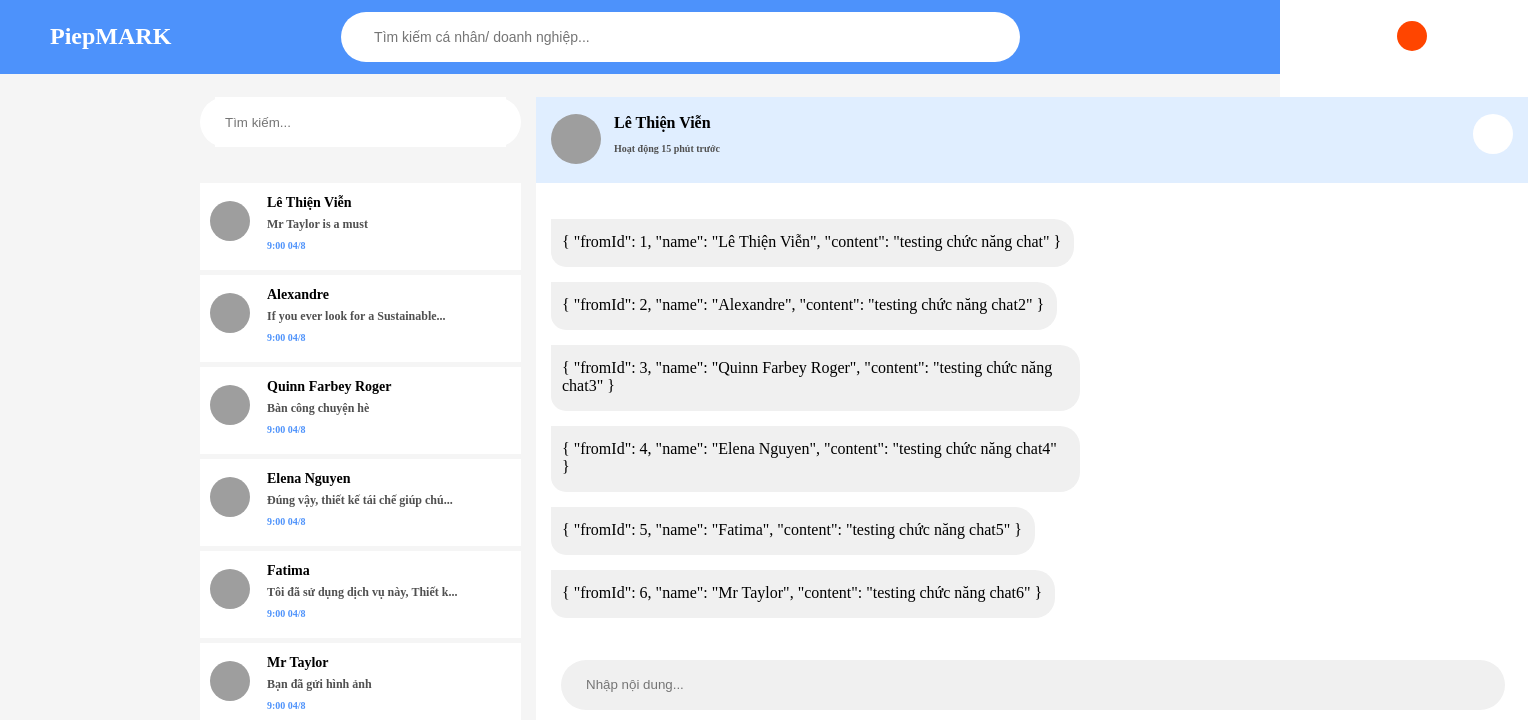
Repository: Jackietruong2805/th-c-t-p
Page: /chatbox/1 (app in vue-laravel-boilerplate/)
The author's editor kept a copy of each file at every save. The page is drawn from the files as they stood at one save, then again after the next save.
The browser window is 1280 px wide. The page is 1528 px wide, so the pictures cover 1528 px, including what lies to the right of the window. The pictures show the whole page.
Pictures or frames that could not be fetched are drawn as grey boxes. The project was rebuilt for these pictures with package versions that can differ from the ones it lists, and the page was loaded fresh each time. Also part of the build but not shown: vue-laravel-boilerplate/vite.config.ts, vue-laravel-boilerplate/src/components/DemoComponent.vue.

Above is the page before, as saved 2022-08-26 16:45:26.

### vue-laravel-boilerplate/src/main.ts
import { createApp } from 'vue';
import { createPinia } from 'pinia';

import App from './App.vue';
import router from './router';

const app = createApp(App);

app.use(createPinia());
app.use(router);
app.mount('#app');

### vue-laravel-boilerplate/src/components/ChatBox.vue

<template>
  <div class="chat__top">
    <div class="chat__status">
      <img class="chat__image" :src="image" alt="" />
      <div class="status-wrapper">
        <h2 class="chat__name">{{ name }}</h2>
        <p class="Hot-ng-15-pht-tr">Hoạt động 15 phút trước</p>
      </div>
    </div>
    <div class="chat__Ellipse-21" @click="handleCloseChatBox">
      <button class="button">
        <i class="fa fa-angle-left"></i>
      </button>
    </div>
  </div>
  <div class="chat__content">
    <div class="message-wrapper">
      <ChatMessage
        :message="msg"
        v-for="msg in messageStore"
        :key="msg.fromId"
      ></ChatMessage>
    </div>
  </div>
  <div class="chat__bottom">
    <div class="chat__message">
      <form class="chat__input" @submit.prevent>
        <input
          placeholder="Nhập nội dung..."
          class="message"
          type="text"
          v-model="message"
          ref="inputMessage"
          @keyup.enter="addMessage"
        />
        <div class="chat__icon">
          <button class="button">
            <i class="fa fa-image"></i>
          </button>
          <button class="button">
            <i class="fa fa-grin-alt"></i>
          </button>
          <button
            type="submit"
            class="button sending"
            :disabled="!message"
            @click="addMessage"
          >
            <i class="fa fa-paper-plane" :class="{ 'is-active': message }"></i>
          </button>
        </div>
      </form>
    </div>
  </div>
</template>

<script lang="ts" setup>
/*
  import
*/
import { ref, onMounted } from 'vue';

import { useRoute, useRouter } from 'vue-router';
import ChatMessage from './ChatMessage.vue';

/*
  router
*/

const router = useRouter();

/*
  stores
*/
import { useMemberStore } from '../stores/storemembers';
import { useMessageStore } from '../stores/storemessage';
let image = '';
let name = '';
const route = useRoute();
const memberStore = useMemberStore().members;
let messageStore = useMessageStore().messages;
console.log(messageStore);
memberStore.forEach((member) => {
  if (member.id == parseInt(route.params.id)) {
    image = member.image;
    name = member.name;
  }
});

let messageUser = messageStore.map((user) => {
  return user.fromId == route.params.id;
});
/*

  message

*/
let messageSending = '';
let message = ref('');
console.log(message);
let messageAvailable = ref<boolean>(false);

function addMessage() {
  messageSending = message.value;
  let member = {
    fromId: route.params.id,
    name,
    content: messageSending,
  };
  messageStore.push(member);
  messageAvailable.value = true;
  message.value = '';
  inputMessage.value?.focus();
}

const inputMessage = ref<HTMLInputElement | null>(null);

onMounted(() => {
  inputMessage.value?.focus();
});

/*

  Close ChatBox

*/

function handleCloseChatBox() {
  router.push({ path: '/' });
}
</script>

### vue-laravel-boilerplate/src/components/ChatItem.vue
<script lang="ts" setup>
/*
  import
*/

const props = defineProps({
  memberInfo: {
    type: Object,
    required: true,
  },
});
</script>

<template>
  <router-link :to="`/chatbox/${memberInfo.id}`">
    <div class="Rectangle-238">
      <div class="cardmem__ava">
        <img :src="memberInfo.image" alt="ava-1" class="cardmem__img" />
      </div>
      <div class="cardmem__info">
        <h2 class="cardmem__name">{{ memberInfo.name }}</h2>
        <p class="cardmem__text">{{ memberInfo.chatText }}</p>
        <p class="cardmem__date">{{ memberInfo.date }}</p>
      </div>
    </div>
  </router-link>
</template>

### vue-laravel-boilerplate/src/components/ChatList.vue


<script lang="ts" setup>
/*
    import
*/
// import ChatItem from './ChatItem.vue';
import { useMemberStore } from '../stores/storemembers';

/*
  stores

*/

const memberStore = useMemberStore();

const memberList = memberStore.members;
</script>

<template>
  <ChatItem
    v-for="member in memberList"
    :memberInfo="member"
    :key="member.id"
  ></ChatItem>
</template>

### vue-laravel-boilerplate/src/components/ChatMessage.vue
<template>
  <div class="message-content2">{{ message }}</div>
</template>

<script setup lang="ts">
/*
    import
*/
import { useRoute } from 'vue-router';
import { defineProps } from 'vue';

/*
  Route
*/

const route = useRoute();

/*
    Props
*/

const props = defineProps({
  message: {
    type: Object,
  },
});

console.log(route.params.id);
console.log(props.message.fromId);

if (props.message.fromId == route.params.id) {
  let message = props.message.content;
  console.log(message);
}
</script>

### vue-laravel-boilerplate/src/components/TheChat.vue
<template>
  <div class="chat__container">
    <div class="chat__left">
      <div class="chat__search">
        <i class="fa fa-search"></i>
        <input type="text" placeholder="Tìm kiếm..." />
      </div>
      <div class="chat__list">
        <chat-list></chat-list>
      </div>
    </div>
    <div class="chat__right" :data-key="$route.path">
      <router-view :key="$route.path"></router-view>
    </div>
  </div>
</template>

<script lang="ts">
/*
    import
*/
// import ChatList from './ChatList.vue';
</script>

### vue-laravel-boilerplate/src/components/TheHeader.vue
<template>
  <main class="header">
    <div class="header__left">
      <div class="header__logo">PiepMARK</div>
      <form class="header__form">
        <i class="fa fa-search"></i>
        <input
          type="text"
          class="header__search"
          placeholder="Tìm kiếm cá nhân/ doanh nghiệp..."
        />
      </form>
    </div>
    <div class="header__right">
      <div class="Ellipse-34"></div>
    </div>
  </main>
</template>

### vue-laravel-boilerplate/src/App.vue
<template>
  <header>
    <the-header></the-header>
  </header>
  <section class="chat">
    <the-chat></the-chat>
  </section>
</template>

<script lang="ts" src="./App.vue.ts">
// import
import TheHeader from './components/TheHeader.vue';
import TheChat from './components/TheChat.vue';
</script>

<style lang="scss" >
@import 'styles';
.chat {
  background-color: $bg-gray-1;
  padding: 23px 200px 0 200px;
  flex-grow: 1;
  height: calc(100vh - 74px);
}
</style>

### vue-laravel-boilerplate/src/router/index.ts
import { HOME_ROUTE } from '@/views/home/HomeView.route';
import { createRouter, createWebHistory } from 'vue-router';
import {useMemberStore} from "../stores/storemembers";
import ChatBox from "../components/ChatBox.vue"




const routes = [
  {
    path: "/chatbox/:id",
    name: "member",
    component: ChatBox,
  }
]

const router = createRouter({
  history: createWebHistory(),
  routes,
});

export default router;

### vue-laravel-boilerplate/src/stores/storemembers.ts
import { defineStore } from 'pinia'


interface User {
  name: string;
  status: boolean;
  chatText: string;
  date: string;
  image: string;
}

type memberChat = User;



export const useMemberStore = defineStore({
  id: 'members',
  state: () => {
    return {
      members: [
        {
          id: 1,
          name: 'Lê Thiện Viễn',
          status: false,
          chatText: 'Mr Taylor is a must',
          date: '9:00 04/8',
          image:
            'https://images.unsplash.com/photo-1570295999919-56ceb5ecca61?ixlib=rb-1.2.1&ixid=MnwxMjA3fDB8MHxwaG90by1wYWdlfHx8fGVufDB8fHx8&auto=format&fit=crop&w=880&q=80',
        },
        {
          id: 2,
          name: 'Alexandre',
          status: true,
          chatText: 'If you ever look for a Sustainable...',
          date: '9:00 04/8',
          image:
            'https://images.unsplash.com/photo-1583900985737-6d0495555783?ixlib=rb-1.2.1&ixid=MnwxMjA3fDB8MHxwaG90by1wYWdlfHx8fGVufDB8fHx8&auto=format&fit=crop&w=464&q=80',
        },
        {
          id:  3,
          name: 'Quinn Farbey Roger',
          status: false,
          chatText: 'Bàn công chuyện hè',
          date: '9:00 04/8',
          image:
            'https://images.unsplash.com/photo-1582639590011-f5a8416d1101?ixlib=rb-1.2.1&ixid=MnwxMjA3fDB8MHxwaG90by1wYWdlfHx8fGVufDB8fHx8&auto=format&fit=crop&w=449&q=80',
        },
        {
          id: 4,
          name: 'Elena Nguyen',
          status: true,
          chatText: 'Đúng vậy, thiết kế tái chế giúp chú...',
          date: '9:00 04/8',
          image:
            'https://images.unsplash.com/photo-1575186083127-03641b958f61?ixlib=rb-1.2.1&ixid=MnwxMjA3fDB8MHxzZWFyY2h8MTN8fGhvdCUyMGJpa2luaXxlbnwwfHwwfHw%3D&auto=format&fit=crop&w=500&q=60',
        },
        {
          id: 5,
          name: 'Fatima',
          status: false,
          chatText: 'Tôi đã sử dụng dịch vụ này, Thiết k...',
          date: '9:00 04/8',
          image:
            'https://sohanews.sohacdn.com/160588918557773824/2021/4/28/photo-9-1619575510785681886686.jpg',
        },
        {
          id: 6,
          name: 'Mr Taylor',
          status: false,
          chatText: 'Bạn đã gửi hình ảnh',
          date: '9:00 04/8',
          image:
            'https://kenh14cdn.com/2019/10/19/7269872413639461504308173511299650480050194n-15714426244161741222544.jpg',
        },
      ]
    }
  },
  getters: {
  },
  actions: {

  }
})

### vue-laravel-boilerplate/src/stores/storemessage.ts
import { defineStore } from 'pinia'



export const useMessageStore = defineStore({
  id: 'messages',
  state: () => {
    return {
      messages: [
        {
          fromId: 1,
          name: 'Lê Thiện Viễn',
          content: "testing chức năng chat",
        },
        {
          fromId: 2,
          name: 'Alexandre',
          content: "testing chức năng chat2",
        },
        {
          fromId:  3,
          name: 'Quinn Farbey Roger',
          content: "testing chức năng chat3",
        },
        {
          fromId: 4,
          name: 'Elena Nguyen',
          content: "testing chức năng chat4",
        },
        {
          fromId: 5,
          name: 'Fatima',
          content: "testing chức năng chat5",
        },
        {
          fromId: 6,
          name: 'Mr Taylor',
          content: "testing chức năng chat6",
        },
      ]
    }
  },
  getters: {
  },
  actions: {

  }
})

### vue-laravel-boilerplate/src/styles/_index.scss
// Helpers
@import "./Helpers/variables";
@import "./Helpers/mixin";
@import "./Helpers/extend";
// Base
@import "./Base/reset";

// Layouts
@import "./Layouts/header";
@import "./Layouts/chat";

// Components
@import "./Components/cardmem";

### vue-laravel-boilerplate/src/styles/Helpers/_variables.scss
// color
$color-white-0: #ffffff;
$color-black-0: #000000;
$color-black-1: #505050;
$color-blue-1: #aaccff;
$color-blue-2: #4d92fb;
$color-gray-0: #a9a9a9;
$color-gray-1: #808080;
$color-gray-2: #dcdcdc;

// background
$bg-blue-0: #4d92fb;
$bg-blue-1: #e0eeff;
$bg-white-0: #ffffff;
$bg-green-0: #38c55c;
$bg-gray-0: #f0f0f0;
$bg-gray-1: #f5f5f5;
$bg-red-0: #ff4500;

// fs
$fs-0: 14px;
$fs-1: 12px;
$fs-2: 10px;
// fw
$fw-0: bold;

// margin
$mg-0: 9px;
$mg-1: 6px;
$mg-2: 17px;
$mg-3: 86px;

### vue-laravel-boilerplate/src/styles/Helpers/_mixin.scss
@mixin styleText($color, $fs, $fw) {
    color: $color;
    font-size: $fs;
    font-weight: $fw;
}

@mixin styleAva($size) {
    width: $size;
    height: $size;
    border-radius: 50%;
    object-fit: cover;
}

@mixin borderCircle($size, $bgColor) {
    width: $size;
    height: $size;
    border-radius: 50%;
    background-color: $bgColor;
}

### vue-laravel-boilerplate/src/styles/Helpers/_extend.scss
%flexCenter {
    display: flex;
    justify-content: center;
    align-items: center;
}

### vue-laravel-boilerplate/src/styles/Base/_reset.scss
* {
    padding: 0;
    margin: 0;
    box-sizing: border-box;
}

html,
body {
    height: 100vh;
}

### vue-laravel-boilerplate/src/styles/Layouts/_header.scss
.header {
    height: 74px;
    display: flex;
    align-items: center;
    justify-content: space-between;
    padding: 9px 50px 11px;
    background-color: $bg-blue-0;

    .header__left {
        display: flex;
        align-items: center;
        justify-content: center;
        .header__logo {
            color: $color-white-0;
            font-family: "Dancing Script", cursive;
            font-size: 24px;
            font-weight: bold;
        }
        .header__form {
            width: 679px;
            height: 50px;
            margin: 3px 377px 1px 169.8px;
            padding: 10px 0px 10px 23px;
            border-radius: 100px;
            background-color: $bg-white-0;
            display: flex;
            align-items: center;
            i {
                font-size: 30px;
                flex-grow: 0;
            }
            .header__search {
                border: 0;
                flex: 1;
                margin-left: 10px;
                background-color: transparent;
                height: 50px;
                &:focus {
                    outline: 0;
                }
                &[placeholder] {
                    font-size: 14px;
                    color: $color-gray-0;
                }
            }
        }
    }
    .header__right {
        display: flex;
        .Ellipse-34 {
            width: 30px;
            height: 30px;
            padding: 5.3px 6.3px 7.3px;
            justify-self: end;
            background-color: $bg-red-0;
            width: 30px;
            height: 30px;
            border-radius: 50%;
        }
    }
}

### vue-laravel-boilerplate/src/styles/Layouts/_chat.scss
.chat__container {
    display: flex;
    height: 100%;
    .chat__left {
        flex-grow: 0;
        height: 100%;
        display: flex;
        flex-direction: column;
        .chat__search {
            height: 50px;
            border-radius: 100px;
            background-color: $color-white-0;
            padding: 15px;
            display: flex;
            align-items: center;
            margin-bottom: $mg-2 + 1;
            flex-grow: 0;
            position: fixed;
            z-index: 10;
            width: 321px;
            & i {
                color: $color-gray-0;
                font-size: 25px;
            }
            input {
                height: 50px;
                border: 0;
                flex-grow: 1;
                padding: 0 0 0 10px;
                &:focus {
                    outline: none;
                }
                &[placeholder] {
                    color: $color-gray-0;
                }
            }
        }
        .chat__list {
            margin-top: $mg-3;
            flex: 1;
            overflow: auto;
            max-width: 321px;
            overflow-y: auto;
            overflow-x: hidden;
            & > * {
                text-decoration: none;
            }
        }
    }
    .chat__right {
        flex: 1;
        display: flex;
        flex-direction: column;
        padding-left: 15px;
        .chat__top {
            display: flex;
            height: 86px;
            padding: 17px 15px 19px;
            justify-content: space-between;
            background-color: $bg-blue-1;
            flex-grow: 0;
            .chat__status {
                display: flex;
                flex-grow: 0;
                .chat__image {
                    @include styleAva(50px);
                }
                .status-wrapper {
                    padding-left: 13px;
                    .chat__name {
                        @include styleText($color-black-0, $fs-0 + 2, $fw-0);
                        margin-bottom: $mg-0 + 2;
                    }
                    .Hot-ng-15-pht-tr {
                        @include styleText($color-black-1, $fs-2, $fw-0);
                    }
                }
            }
            .chat__Ellipse-21 {
                @extend %flexCenter;
                color: $color-blue-2;
                @include borderCircle(40px, $bg-white-0);
                cursor: pointer;
                .button {
                    border: 0;
                    background-color: transparent;
                }
            }
        }
        .chat__content {
            padding: 17px 15px 17px 15px;
            background-color: $bg-white-0;
            flex: 1;
            overflow-y: auto;
            overflow-x: hidden;
            display: flex;
            flex-direction: column-reverse;
            .message-content {
                background-color: $bg-blue-0;
                max-width: 529px;
                width: fit-content;
                border-radius: 20px 15px 0px 20px;
                padding: 14px 13px 16px 11px;
                margin-left: auto;
                word-break: break-word;
                color: $color-white-0;
                margin-bottom: 15px;
            }
            .message-content2 {
                background-color: $bg-gray-0;
                max-width: 529px;
                width: fit-content;
                border-radius: 0 20px 20px 15px;
                padding: 14px 13px 16px 11px;
                margin-right: auto;
                word-break: break-word;
                color: $color-black-0;
                margin-bottom: 15px;
            }
        }
        .chat__bottom {
            display: flex;
            flex-direction: column;
            flex-grow: 0;
            .chat__content {
                background-color: $bg-white-0;
                flex-grow: 1;
            }
            .chat__message {
                flex: 0;
                height: 134px;
                width: 992px;
                background-color: $bg-white-0;
                padding: 10px 22.6px 10.4px 25px;
                .chat__input {
                    display: flex;
                    align-items: center;
                    justify-content: space-between;
                    background-color: $bg-gray-0;
                    height: 50px;
                    padding: 10px 22.6px 10.4px 25px;
                    border-radius: 100px;
                    .message {
                        flex: 1;
                        border: none;
                        background-color: transparent;
                        height: 50px;
                        padding-right: 12px;
                        &:focus {
                            outline: 0;
                        }
                    }
                }
                .chat__icon {
                    width: 60px;
                    display: flex;
                    justify-content: space-between;
                    align-items: center;
                    flex-grow: 0;
                    .button {
                        border: 0;
                        color: $color-gray-1;
                    }
                    .sending {
                        color: #dcdcdc;
                    }
                    .is-active {
                        color: $bg-blue-0;
                    }
                }
            }
        }
    }
}

### vue-laravel-boilerplate/src/styles/Components/_cardmem.scss
.Rectangle-238 {
    width: 321px;
    height: 87px;
    display: flex;
    align-items: center;
    background-color: $bg-white-0;
    padding: 9px 27px 17px 10px;
    margin-bottom: $mg-1 - 1;
    .cardmem__ava {
        align-self: flex-start;
        margin-top: $mg-0;
        .cardmem__img {
            @include styleAva(40px);
            flex-grow: 0;
        }
    }
    .cardmem__info {
        flex: 1;
        margin-left: $mg-2;
        .cardmem__name {
            @include styleText($color-black-0, $fs-0, $fw-0);
            margin-bottom: $mg-1;
        }
        .cardmem__text {
            @include styleText($color-black-1, $fs-1, $fw-0);
            margin-bottom: $mg-1 + 2;
        }
        .cardmem__date {
            @include styleText($color-blue-2, $fs-2, $fw-0);
        }
    }
}

### vue-laravel-boilerplate/src/App.vue.ts
import { defineComponent } from 'vue';
export default defineComponent({});

After the next save:
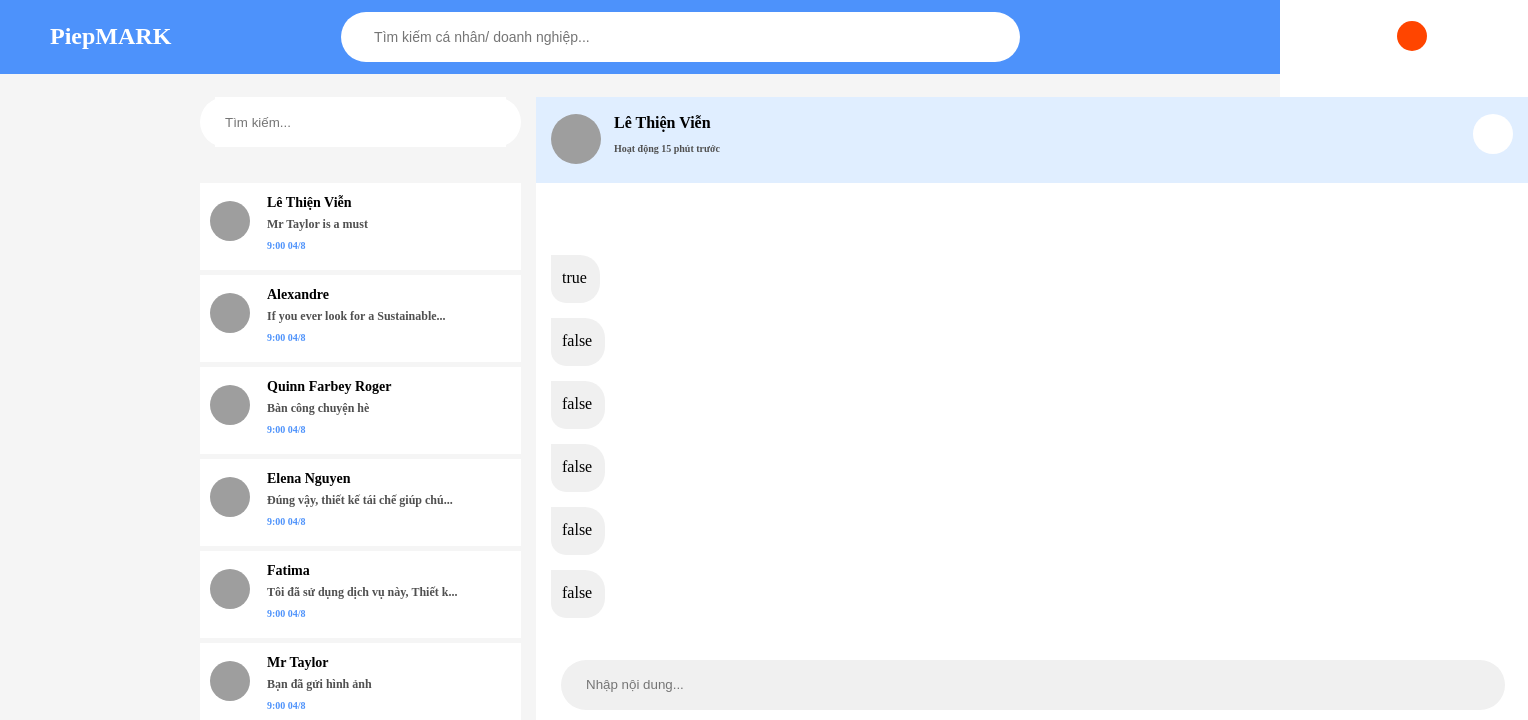
Saved 26 s later.
--- a/vue-laravel-boilerplate/src/components/ChatBox.vue
+++ b/vue-laravel-boilerplate/src/components/ChatBox.vue
@@ -18,7 +18,7 @@
     <div class="message-wrapper">
       <ChatMessage
         :message="msg"
-        v-for="msg in messageStore"
+        v-for="msg in messageUser"
         :key="msg.fromId"
       ></ChatMessage>
     </div>
